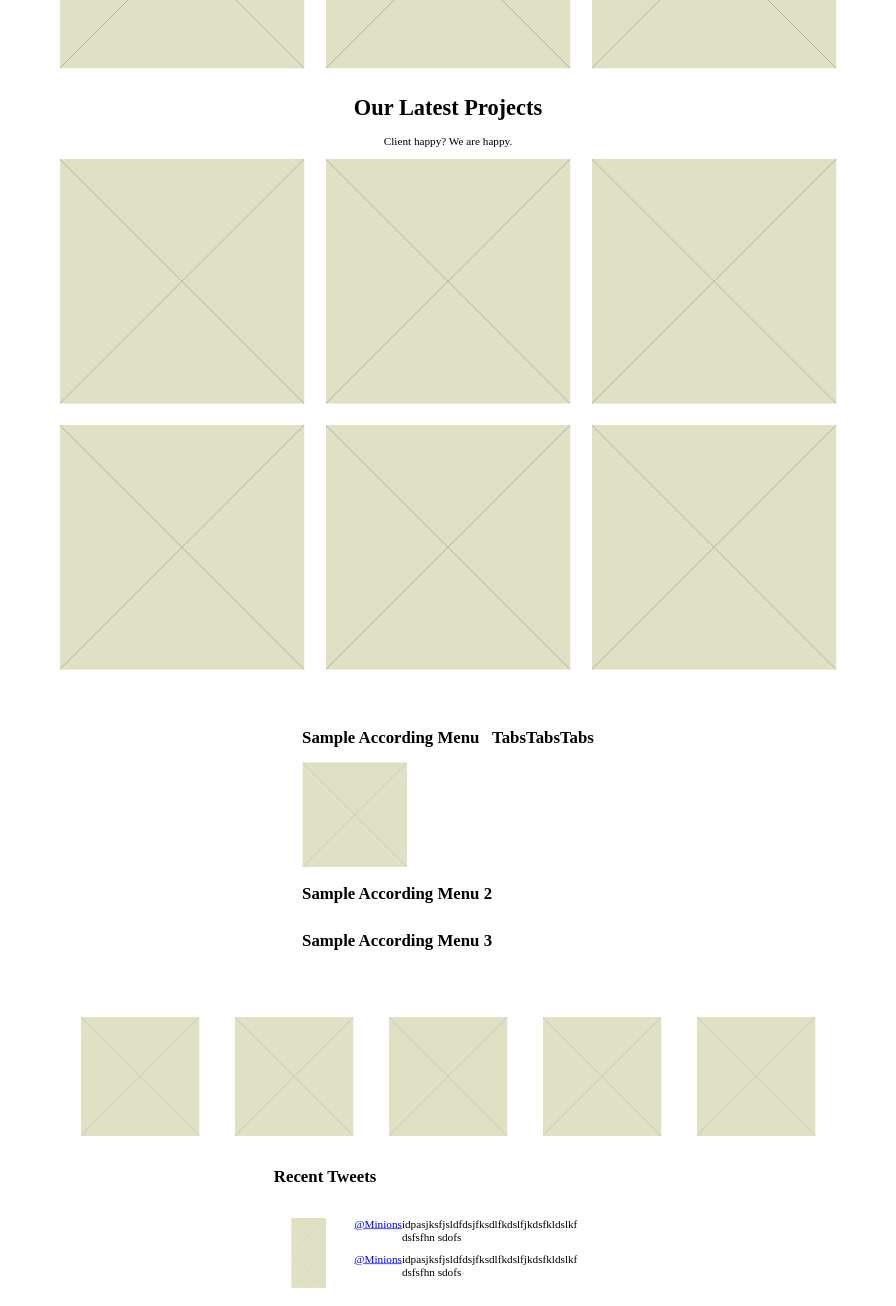
Repository: ReallyNguyen/responsive-web
Page: index.html
These files come from the project's save history. The page is drawn as it stood at one moment and after the next save; the edit follows.
The browser window is 1280 px wide. The pictures show the part of the page from y = 817 to 2737 px (the page is 2682 px tall before and 2737 px after), at 70% of full size.

Above is the page before, as saved 2023-01-25 22:02:09.

After the next save:
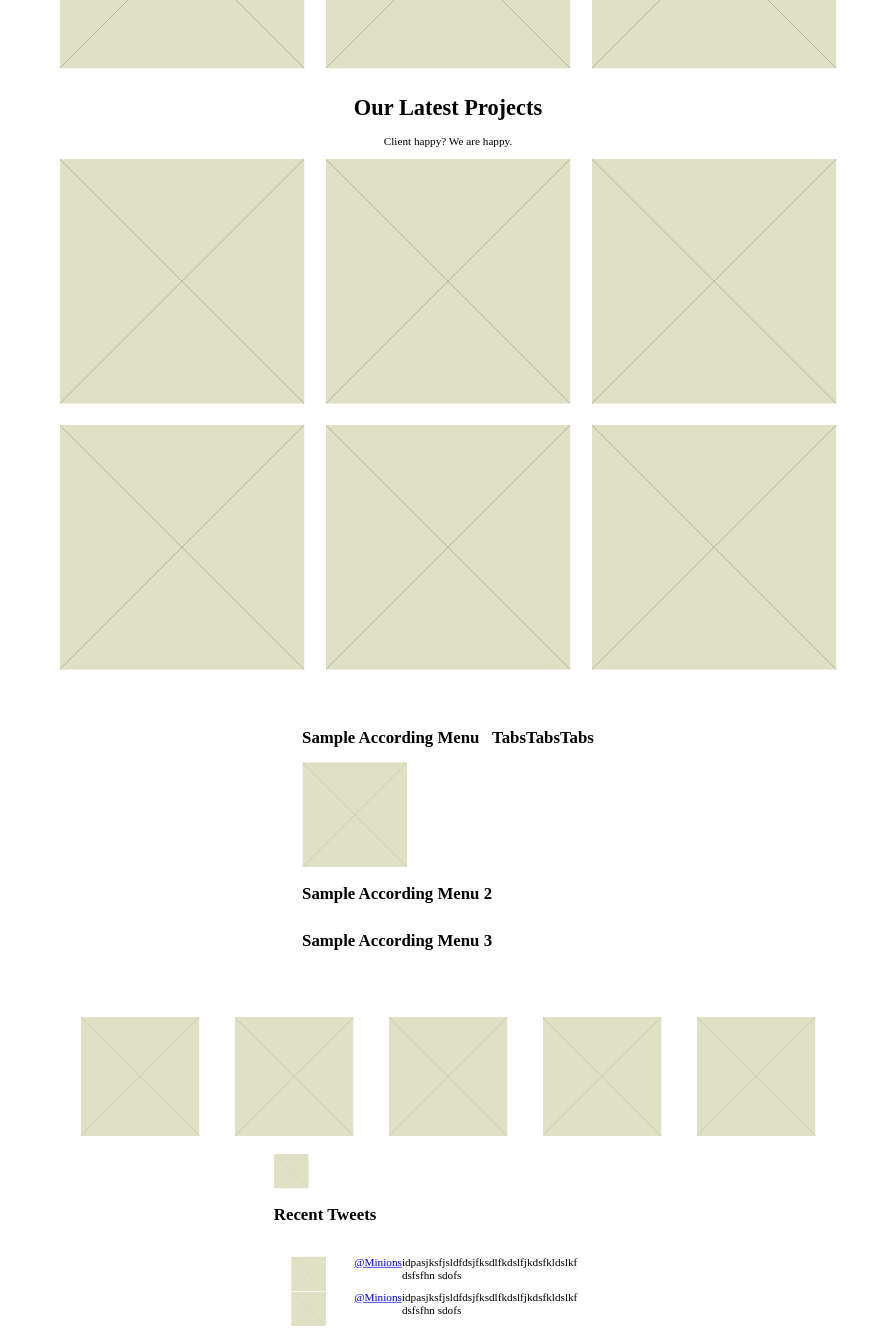
Saved 25 s later.
--- a/index.html
+++ b/index.html
@@ -165,6 +165,13 @@
 
       <footer>
 
+        <div class="founder">
+          <img src="placeholder.svg" alt="" width="50" height="50">
+
+        </div>
+
+
+
       <div class="recent-tweets">
         <h2> Recent Tweets </h2>
 
